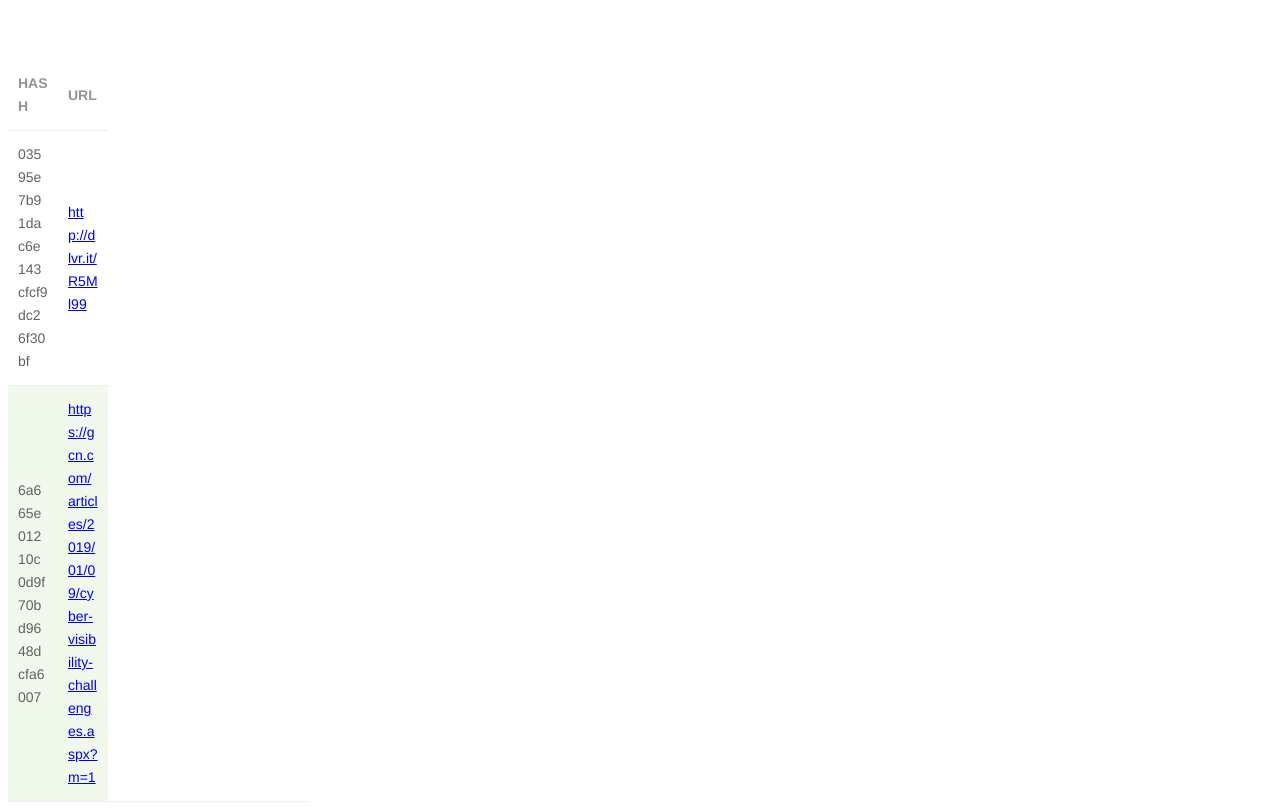
Repository: NicoleGX/TI
Page: /
The author's editor kept a copy of each file at every save. The page is drawn from the files as they stood at one save, then again after the next save.
The browser window is 1280 px wide. The pictures show the whole page.
The project was rebuilt for these pictures with package versions that can differ from the ones it lists, and the page was loaded fresh each time.

Above is the page before, as saved 2019-05-28 17:59:40.

### index.html
<!DOCTYPE html>
<html>
  <head>
    <meta charset="utf-8">
    <meta name="viewport" content="width=device-width,initial-scale=1.0">
    <title>cyberti</title>
  </head>
  <body>
    <div id="app"></div>
    <!-- built files will be auto injected -->
  </body>
</html>

### src/main.js
// The Vue build version to load with the `import` command
// (runtime-only or standalone) has been set in webpack.base.conf with an alias.
import Vue from 'vue'
import App from './App'
import router from './router'

import ElementUI from 'element-ui'
import 'element-ui/lib/theme-chalk/index.css';

Vue.use(ElementUI)

Vue.config.productionTip = false

/* eslint-disable no-new */
new Vue({
  el: '#app',
  router,
  components: { App },
  template: '<App/>'
})

### src/router/index.js
import Vue from 'vue'
import Router from 'vue-router'
import TextClassification from '@/views/TextClassification'

Vue.use(Router)

export default new Router({
  routes: [
    {
      path: '/',
      name: 'TextClassification',
      component: TextClassification
    }
  ]
})

### src/views/TextClassification.vue
<template>
  <el-container>
    <el-aside>
      <el-table
        :data="tableData"
        style="width: 100%"
        :row-class-name="tableRowClassName">
        <el-table-column
          prop="hash"
          label="HASH"
          width="50%">
        </el-table-column>
        <el-table-column
          prop="url"
          label="URL"
          width="50%">
          <template slot-scope="scope">
            <a :href=scope.row.url
              target="_black"
              class="buttonText">{{scope.row.url}}</a>
          </template>
        </el-table-column>
      </el-table>
    </el-aside>
    <el-main></el-main>
  </el-container>
</template>

<script>
export default {
  name: 'textclassfication',
  methods: {
    tableRowClassName({row, rowIndex}) {
      if (row['edit'] == 0) {
        return 'warning-row';
      } else if (row['edit'] == 1) {
        return 'success-row';
      }
      return '';
    }
  },
  data() {
    return {
      tableData: [{
        hash: '03595e7b91dac6e143cfcf9dc26f30bf',
        url: 'http://dlvr.it/R5Ml99',
        edit: 0
      }, {
        hash: '6a665e01210c0d9f70bd9648dcfa6007',
        url: 'https://gcn.com/articles/2019/01/09/cyber-visibility-challenges.aspx?m=1',
        edit: 1
      }]
    }
  }
}
</script>

<style>
.el-table {
  width: 100%!important;
}
.el-table .warning-row {
  background: #fff;
}

.el-table .success-row {
  background: #f0f9eb;
}
</style>

Loaded but not shown: src/App.vue (common file)

After the next save:
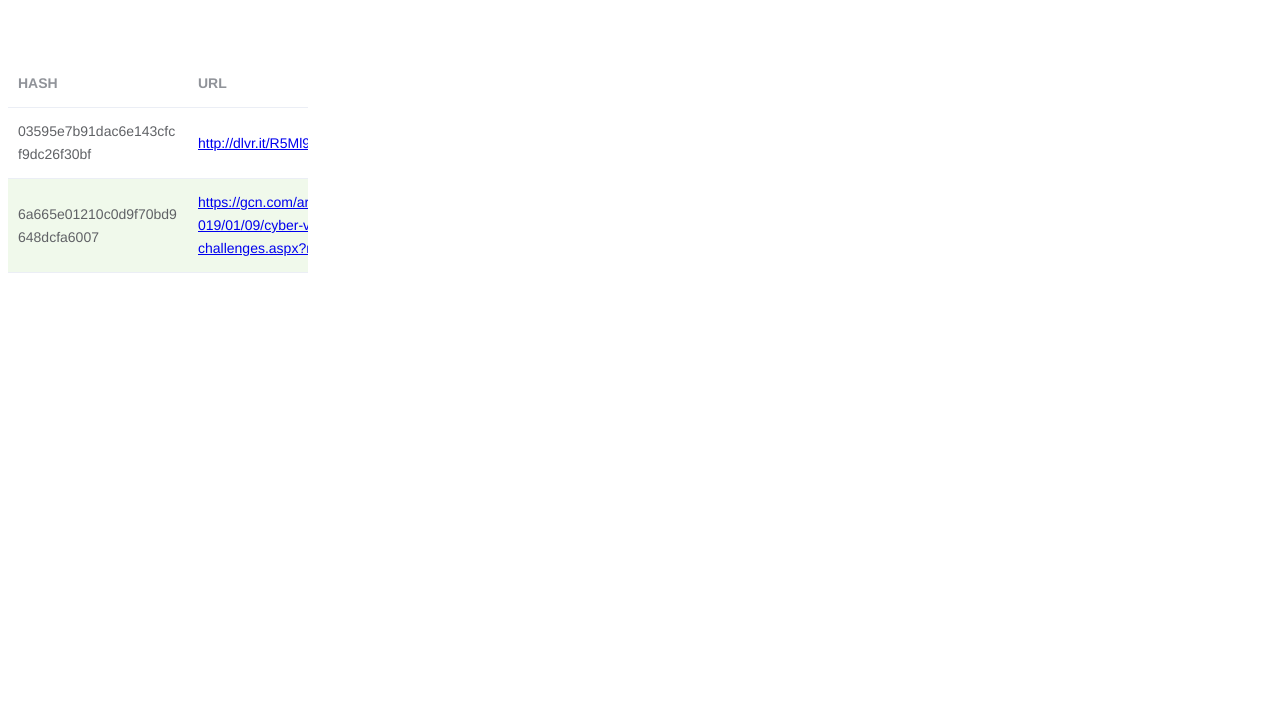
Saved 17 s later.
--- a/src/views/TextClassification.vue
+++ b/src/views/TextClassification.vue
@@ -8,12 +8,12 @@
         <el-table-column
           prop="hash"
           label="HASH"
-          width="50%">
+          width="180">
         </el-table-column>
         <el-table-column
           prop="url"
           label="URL"
-          width="50%">
+          width="180">
           <template slot-scope="scope">
             <a :href=scope.row.url
               target="_black"
